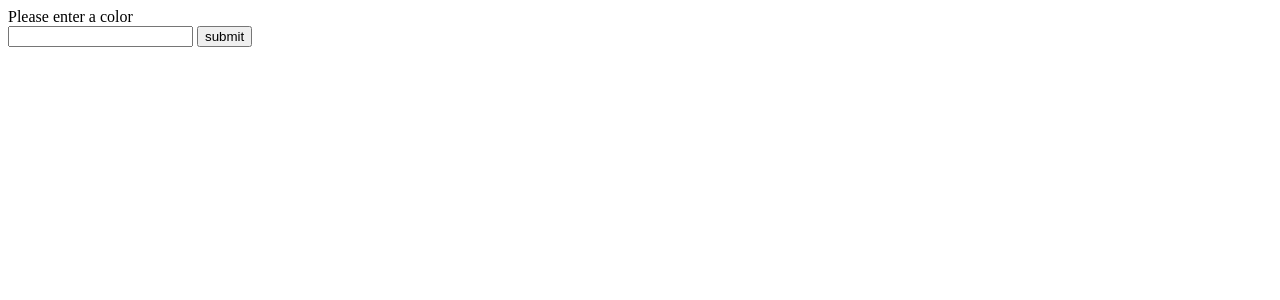
Repository: apoorvelec/WebApps
Page: http://localhost/ServletExample/Home.jsp
The author's editor kept a copy of each file at every save. The page is drawn from the files as they stood at one save, then again after the next save.
The browser window is 1280 px wide. The pictures show the whole page.
The page is served by Tomcat 9.

Above is the page before, as saved 2016-05-12 23:34:31.

After the next save:
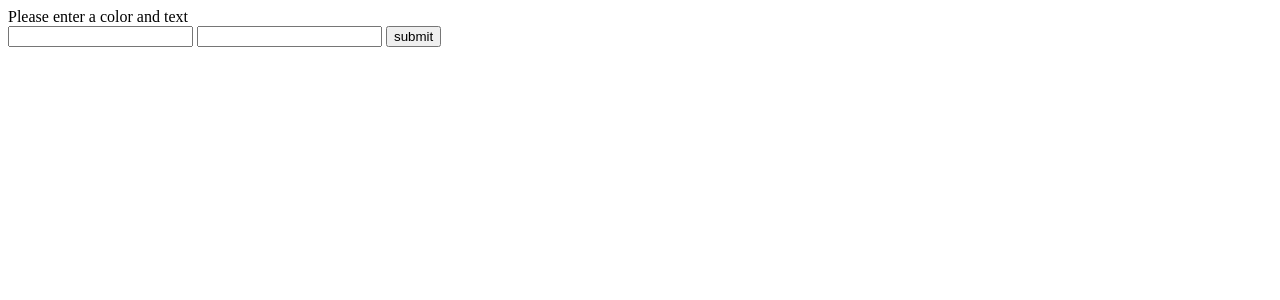
Saved 9 min 40 s later.
--- a/ServletExample/WebContent/Home.jsp
+++ b/ServletExample/WebContent/Home.jsp
@@ -8,8 +8,9 @@
 </head>
 <body>
 	<form action = "HelloServlet">
-	Please enter a color<br>
+	Please enter a color and text<br>
 	<input type="text" name="color" size="20px">
+	<input type="text" name="text" size="20px">
 	<input type="submit" value="submit">
 	</form>
 
